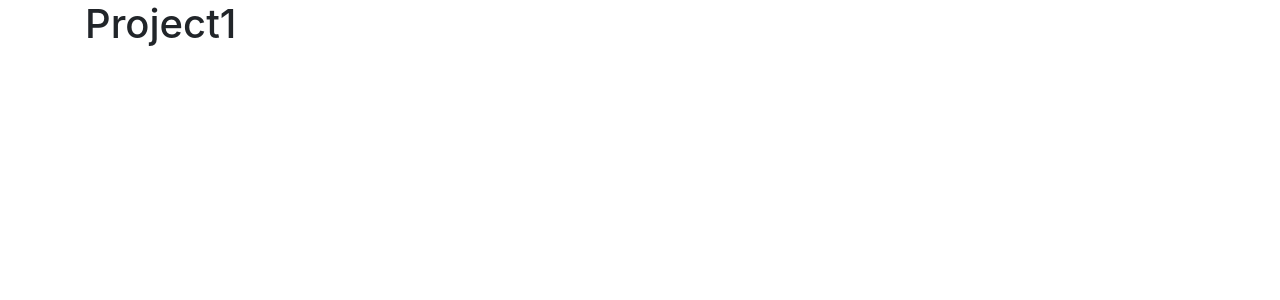
Repository: PGVlasov/react-hooks-petr
Page: /
The author's editor kept a copy of each file at every save. The page is drawn from the files as they stood at one save, then again after the next save.
The browser window is 1280 px wide. The pictures show the whole page.
The project was rebuilt for these pictures with package versions that can differ from the ones it lists, and the page was loaded fresh each time.

Above is the page before, as saved 2020-10-15 12:14:32.

After the next save:
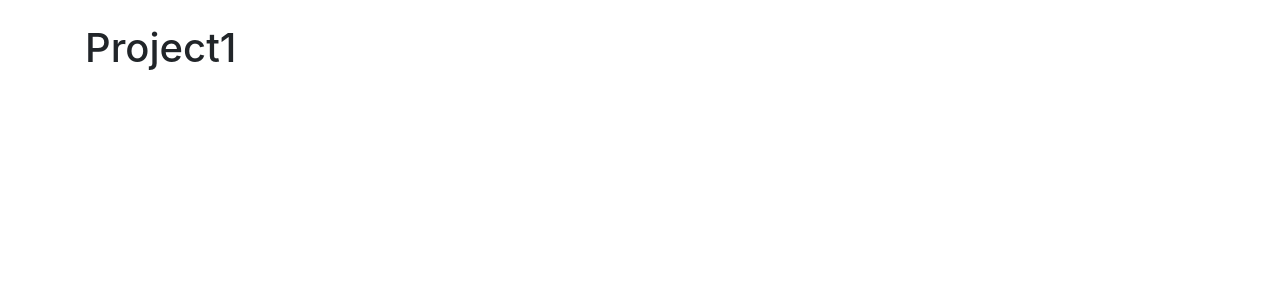
Saved 117 s later.
--- a/src/App.js
+++ b/src/App.js
@@ -2,7 +2,7 @@
 
 function App() {
   return (
-    <div className="container pt4">
+    <div className="container pt-4">
       <h1>Project1</h1>
     </div>
   );

After the save that followed:
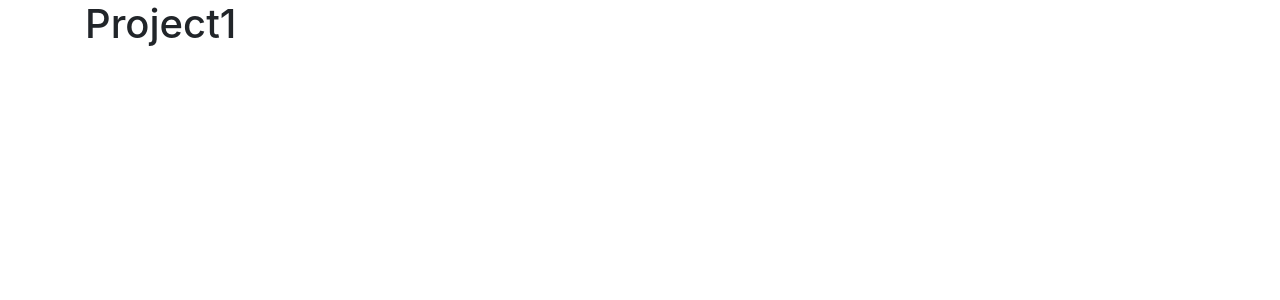
Saved 9 s later.
--- a/src/App.js
+++ b/src/App.js
@@ -2,7 +2,7 @@
 
 function App() {
   return (
-    <div className="container pt-4">
+    <div className="container pt4">
       <h1>Project1</h1>
     </div>
   );
